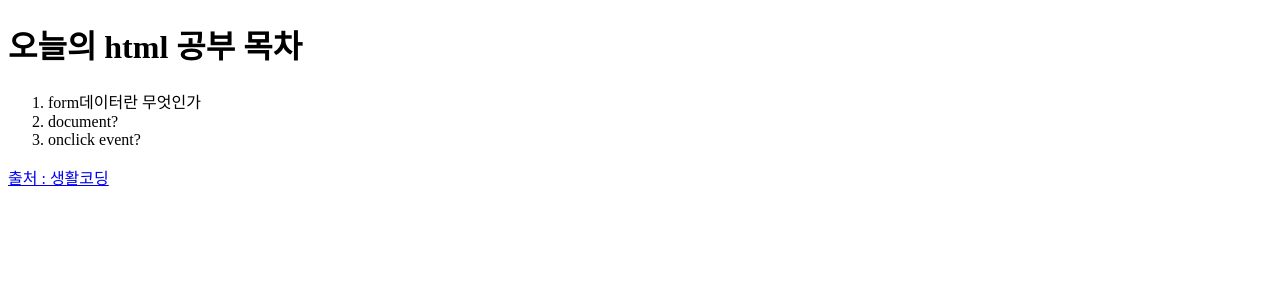
Repository: PareutPareut/frontend
Page: markDowns/study1129.html
The author's editor kept a copy of each file at every save. The page is drawn from the files as they stood at one save, then again after the next save.
The browser window is 1280 px wide. The pictures show the whole page.

Above is the page before, as saved 2023-11-29 14:41:49.

### markDowns/study1129.html
<!doctype html>
<html>
    <head>
        <meta charset="utf-8"/>
        <title>html- form, document, onclick event</title>
    </head>
    <body>
        <header>
            <h1>오늘의 html 공부 목차</h1>
        </header>
        <ol>
            <li>form데이터란 무엇인가</li>
            <li>document?</li>
            <li>onclick event?</li>
        </ol>


        <script>

        </script>

        <footer>
            <a href="https://opentutorials.org/course/2039/10962" target="_blank">출처 : 생활코딩</a>
        </footer>


    </body>
</html>

After the next save:
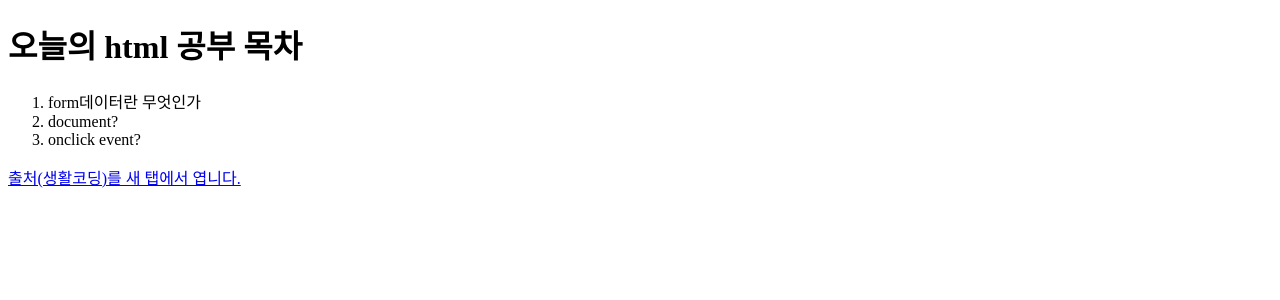
Saved 21 s later.
--- a/markDowns/study1129.html
+++ b/markDowns/study1129.html
@@ -20,7 +20,7 @@
         </script>
 
         <footer>
-            <a href="https://opentutorials.org/course/2039/10962" target="_blank">출처 : 생활코딩</a>
+            <a href="https://opentutorials.org/course/2039/10962" target="_blank">출처(생활코딩)를 새 탭에서 엽니다.</a>
         </footer>
 
 
